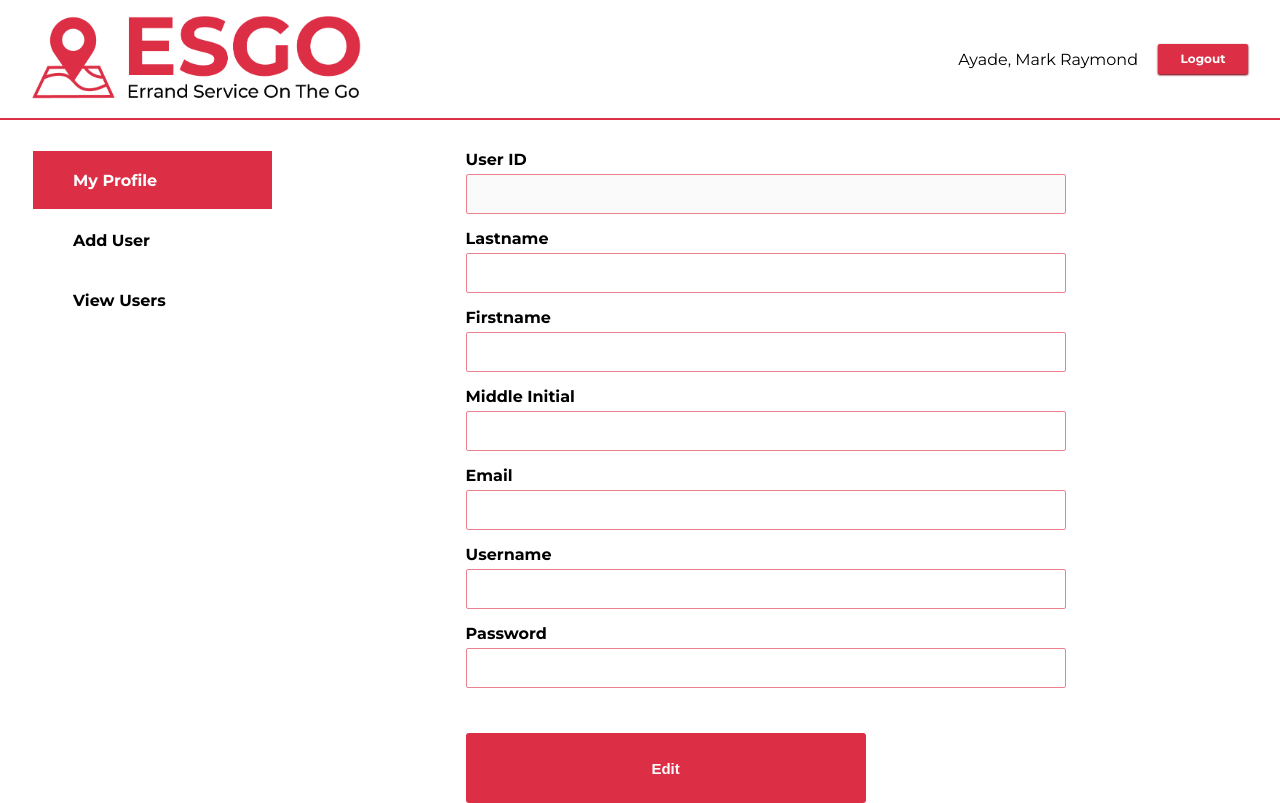
Repository: azkalonz/Int-Prog-2
Page: http://localhost/Int_Prog_2/?page=home
An editor plug-in stored every save of this project. The page is shown before and after a run of saves, followed by the edit.
The browser window is 1280 px wide. The pictures show the whole page.
The page is served by Tomcat 9. Other server files are loaded and not shown.

Above is the page before, as saved 2021-03-30 06:23:12.

### Int Prog 2/WebContent/index.jsp
<jsp:include page="/WEB-INF/layout/header.jsp"/>
<main>
        <div class="container">
            <jsp:include page="/WEB-INF/layout/nav.jsp" />
            ${user.firstname}
            <div class="content">
                <form>
                    <div class="infos">
                        <span>User ID</span>
                        <input type="text" disabled>
                    </div>
                    <div class="infos">
                        <span>Lastname</span>
                        <input type="text">
                    </div>
                    <div class="infos">
                        <span>Firstname</span>
                        <input type="text">
                    </div>
                    <div class="infos">
                        <span>Middle Initial</span>
                        <input type="text">
                    </div>
                    <div class="infos">
                        <span>Email</span>
                        <input type="text">
                    </div>
                    <div class="infos">
                        <span>Username</span>
                        <input type="text">
                    </div>
                    <div class="infos">
                        <span>Password</span>
                        <input type="text">
                    </div>
                    <input class="button" type="submit" value="Edit">
                </form>
            </div>
        </div>
    </main>
<jsp:include page="/WEB-INF/layout/footer.jsp"/>

### Int Prog 2/WebContent/WEB-INF/layout/header.jsp
<%@ page language="java" contentType="text/html; charset=ISO-8859-1"
	pageEncoding="ISO-8859-1"%>
<!DOCTYPE html>
<html>
<head>
<meta charset="ISO-8859-1">
<title>Employee</title>
<link rel="stylesheet" href="<%=request.getContextPath()%>/css/style.css"/>
</head>
<body>
	<header>
	        <div class="container">
	            <div class="logo-con">
	                <img src="<%=request.getContextPath()%>/assets/logo/horizontal.png">
	            </div>
	            <div class="account-con">
	                <span>Ayade, Mark Raymond</span>
	                <a href="./login.html">
	                    <div class="button">Logout</div>
	                </a>
	            </div>
	        </div>
	    </header>

### Int Prog 2/WebContent/WEB-INF/layout/nav.jsp
<%@ taglib uri = "http://java.sun.com/jsp/jstl/core" prefix = "c" %>

<c:set var = "page" value = "<%= request.getParameter(\"page\") %>"/>

<div class="nav">
    <a href="<%=request.getContextPath()%>?page=home">
        <div class="links<c:if test="${page=='home'}"> active</c:if>">My Profile</div>
    </a>
    <a href="<%=request.getContextPath()%>/register?page=register">
        <div class="links<c:if test="${page=='register'}"> active</c:if>">Add User</div>
    </a>
    <a href="<%=request.getContextPath()%>/employee?page=view">
        <div class="links<c:if test="${page=='view'}"> active</c:if>">View Users</div>
    </a>
</div>

### Int Prog 2/WebContent/css/style.css
@import url("https://fonts.googleapis.com/css2?family=Montserrat:ital,wght@0,100;0,200;0,300;0,400;0,500;0,600;0,700;1,100;1,200;1,300;1,400;1,500;1,600&display=swap");

* {
  margin: 0;
  padding: 0;
  box-sizing: border-box;
}

a:link {
	text-decoration: none;
	color: #000;
}

body {
  font-family: "Montserrat";
  font-size: 100%;
}

header {
  display: flex;
  justify-content: center;
  width: 100%;
  height: 120px;
  position: relative;
  border-bottom: 2px solid rgb(220, 46, 69);
}

header .container {
  display: flex;
  justify-content: space-between;
  width: 95%;
  max-width: 1300px;
}

header .container .logo-con {
  padding-top: 5px;
}

header .container .logo-con img {
  height: 100px;
}

header .container .account-con {
  display: flex;
  align-items: center;
}

header .account-con .button {
  width: 90px;
  height: 30px;
  margin-left: 20px;
  border: none;
  background: rgb(220, 46, 69);
  box-shadow: 0 1px 2px 0 rgba(122, 7, 22, 0.783),
    0 1px 2px 0 rgba(122, 7, 22, 0.783);
  cursor: pointer;
  color: white;
  font-family: "Montserrat";
  font-weight: bold;
  font-size: 12px;
  border-radius: 2px;
  line-height: 30px;
  text-align: center;
}

header .account-con .button:hover {
  background: rgb(187, 32, 53);
}

.login-container {
  background: rgb(220, 46, 69);
  display: flex;
  align-items: center;
  justify-content: center;
  height: 100vh;
  font-family: "Montserrat";
  color: rgb(22, 22, 22);
}

.login-container > .container {
  position: relative;
  background: white;
  width: 85%;
  max-width: 1024px;
  border-radius: 10px;
  display: flex;
  box-shadow: 0 2px 4px 0 rgb(80, 12, 21), 0 6px 10px 0 rgb(80, 12, 21);
  padding: 60px 5px;
}

.login-container > .container .logo-container {
  display: flex;
  justify-content: center;
  align-items: center;
  flex-direction: column;
  flex: 3;
}

.logo-container img {
  width: 200px;
  padding-bottom: 35px;
}

.logo-container span {
  color: rgb(220, 46, 69);
  font-weight: bold;
  font-size: 40px;
}

.container .form-container {
  display: flex;
  justify-content: center;
  align-items: center;
  height: 100%;
  flex: 2;
}

.form-container h1 {
  margin-bottom: 20px;
}

.form-container .input-con {
  margin-bottom: 20px;
}

.form-container .input-con input {
  height: 45px;
  width: 300px;
  font-family: "Montserrat";
  padding: 5px 10px;
  border-radius: 5px;
  border: 1px solid rgb(233, 129, 143);
}

.form-container button {
  width: 150px;
  height: 50px;
  background: rgb(220, 46, 69);
  border: none;
  color: white;
  font-size: 16px;
  cursor: pointer;
  border-radius: 4px;
  box-shadow: 0 1px 2px 0 rgba(122, 7, 22, 0.783),
    0 1px 2px 0 rgba(122, 7, 22, 0.783);
  margin-top: 10px;
  font-weight: bold;
  font-family: "Montserrat";
}

.form-container button:hover {
  background: rgb(187, 32, 53);
}

main {
  width: 100%;
  display: flex;
  justify-content: center;
  padding-top: 30px;
}

main .container {
  width: 95%;
  max-width: 1300px;
  display: flex;
  justify-content: center;
}

main .container .nav {
  flex: 2;
  margin-right: 10px;
}

main .container .nav .links {
  padding-left: 40px;
  height: 60px;
  line-height: 60px;
  font-weight: bold;
  border: 1px solid white;
}

.active {
  background: rgb(220, 46, 69);
  color: white;
}

main .container .nav .links:hover {
  background: rgb(220, 46, 69);
  color: white;
  transition: 0.4s;
}

main .container .content {
  flex: 8;
  display: flex;
  justify-content: center;
}

main .container .content .infos {
  display: flex;
  flex-direction: column;
  padding-bottom: 15px;
}

main .container .content .infos span {
  padding-bottom: 5px;
  font-weight: bold;
}

main .container .content .infos input {
  width: 600px;
  height: 40px;
  border-radius: 2px;
  border: 1px solid rgb(233, 129, 143);
  padding: 0 10px;
}

main .container .content .button {
  width: 400px;
  height: 70px;
  background: rgb(220, 46, 69);
  border: none;
  margin-top: 30px;
  color: white;
  font-weight: bold;
  font-size: 15px;
  cursor: pointer;
  border-radius: 3px;
}

main .container .content .button:hover {
  background: rgb(187, 32, 53);
}

main .container .content .infos {
  display: flex;
  flex-direction: column;
  padding-bottom: 15px;
}

main .container .content .infos span {
  padding-bottom: 5px;
  font-weight: bold;
}

main .container .content .infos input {
  width: 600px;
  height: 40px;
  border-radius: 2px;
  border: 1px solid rgb(233, 129, 143);
  padding: 0 10px;
}

main .container .content .button {
  width: 400px;
  height: 70px;
  background: rgb(220, 46, 69);
  border: none;
  margin-top: 30px;
  color: white;
  font-weight: bold;
  font-size: 15px;
  cursor: pointer;
  border-radius: 3px;
}

main .container .content .button:hover {
  background: rgb(187, 32, 53);
}

main .container .content {
  max-height: 800px;
  overflow-y: scroll;
}

main .container .content table {
  width: 100%;
  margin: 0 15px;
  text-align: center;
  border-spacing: 0;
}

main .container .content table thead {
  background: rgb(220, 46, 69);
}

main .container .content table thead th {
  height: 60px;
  column-gap: 0;
  color: white;
}

main .container .content table tbody tr {
  height: 50px;
  background: rgba(247, 244, 244, 0.375);
}

main .container .content table tbody tr td:last-child {
  display: flex;
  justify-content: center;
  padding: 10px 0;
}

main .container .content table tbody .button-action {
  width: 80px;
  height: 30px;
  text-align: center;
  line-height: 30px;
  margin: 0 5px;
  font-size: 12px;
  color: white;
  border-radius: 3px;
  cursor: pointer;
}

.orange {
  background: coral;
  box-shadow: 0px 0px 2px -1px rgba(230, 63, 2, 0.443);
}

.red {
  background: crimson;
  box-shadow: 0px 0px 2px -1px rgba(199, 2, 41, 0.653);
}

.orange:hover {
  background: rgb(248, 95, 39);
}

.red:hover {
  background: rgb(194, 4, 42);
}

Loaded but not shown: Int Prog 2/WebContent/WEB-INF/layout/footer.jsp (common file)

After the next 2 saves:
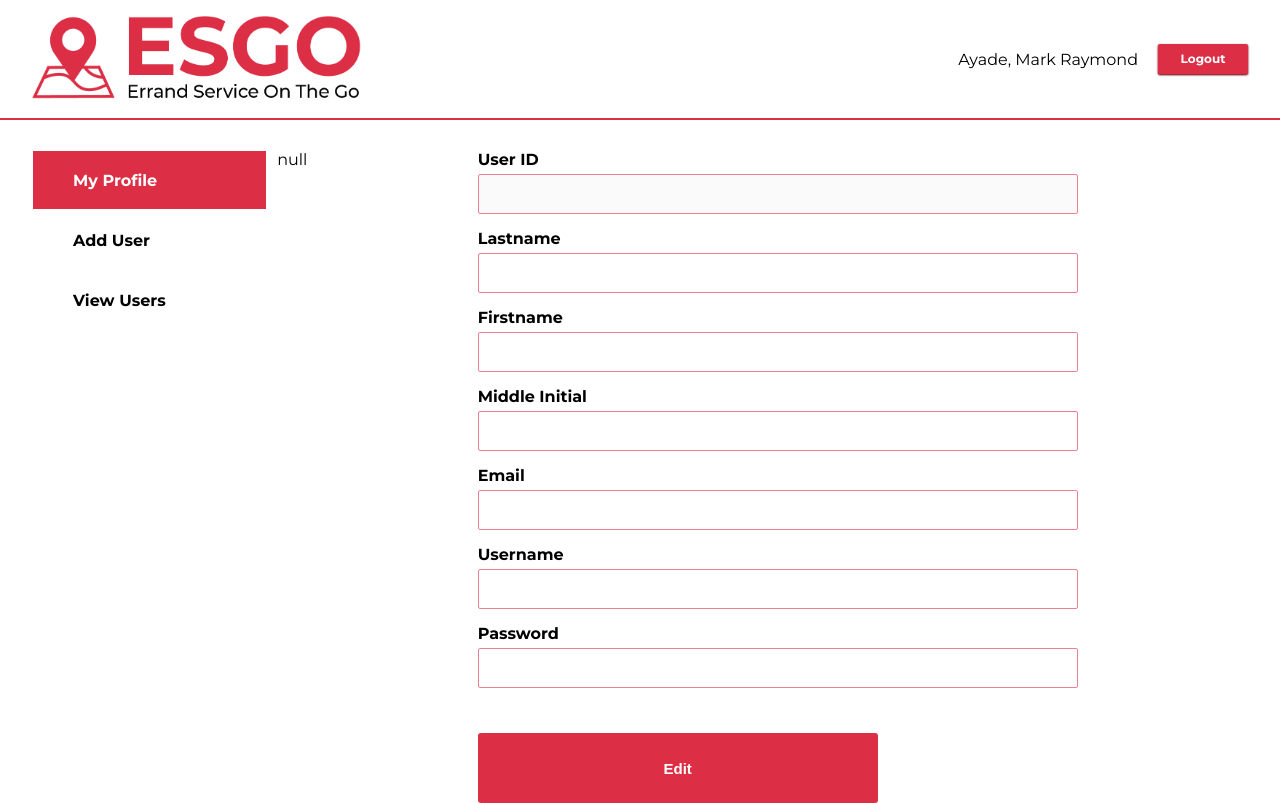
The 2 saves are shown as one change because they came seconds apart.
The last was saved 23 s later.
--- a/Int Prog 2/WebContent/index.jsp
+++ b/Int Prog 2/WebContent/index.jsp
@@ -2,7 +2,7 @@
 <main>
         <div class="container">
             <jsp:include page="/WEB-INF/layout/nav.jsp" />
-            ${user.firstname}
+            <%= session.getAttribute("user") %>
             <div class="content">
                 <form>
                     <div class="infos">
